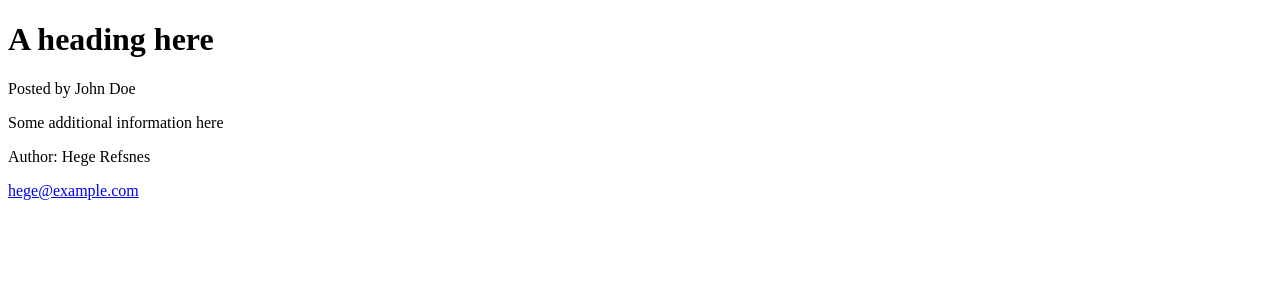
Repository: heishung/project-booking
Page: index.html
An editor plug-in stored every save of this project. The page is shown before and after the next save, followed by the edit.
The browser window is 1280 px wide. The pictures show the whole page.

Above is the page before, as saved 2020-11-19 22:55:45.

After the next save:
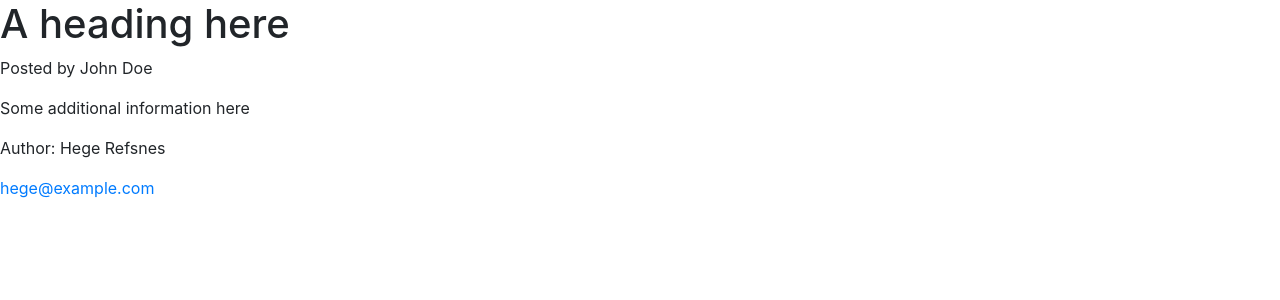
Saved 107 s later.
--- a/index.html
+++ b/index.html
@@ -4,6 +4,7 @@
     <meta charset="UTF-8">
     <meta name="viewport" content="width=device-width, initial-scale=1.0">
     <title>Document</title>
+    <link rel="stylesheet" href="./css/bootstrap.min.css">
 
 </head>
 <body>
